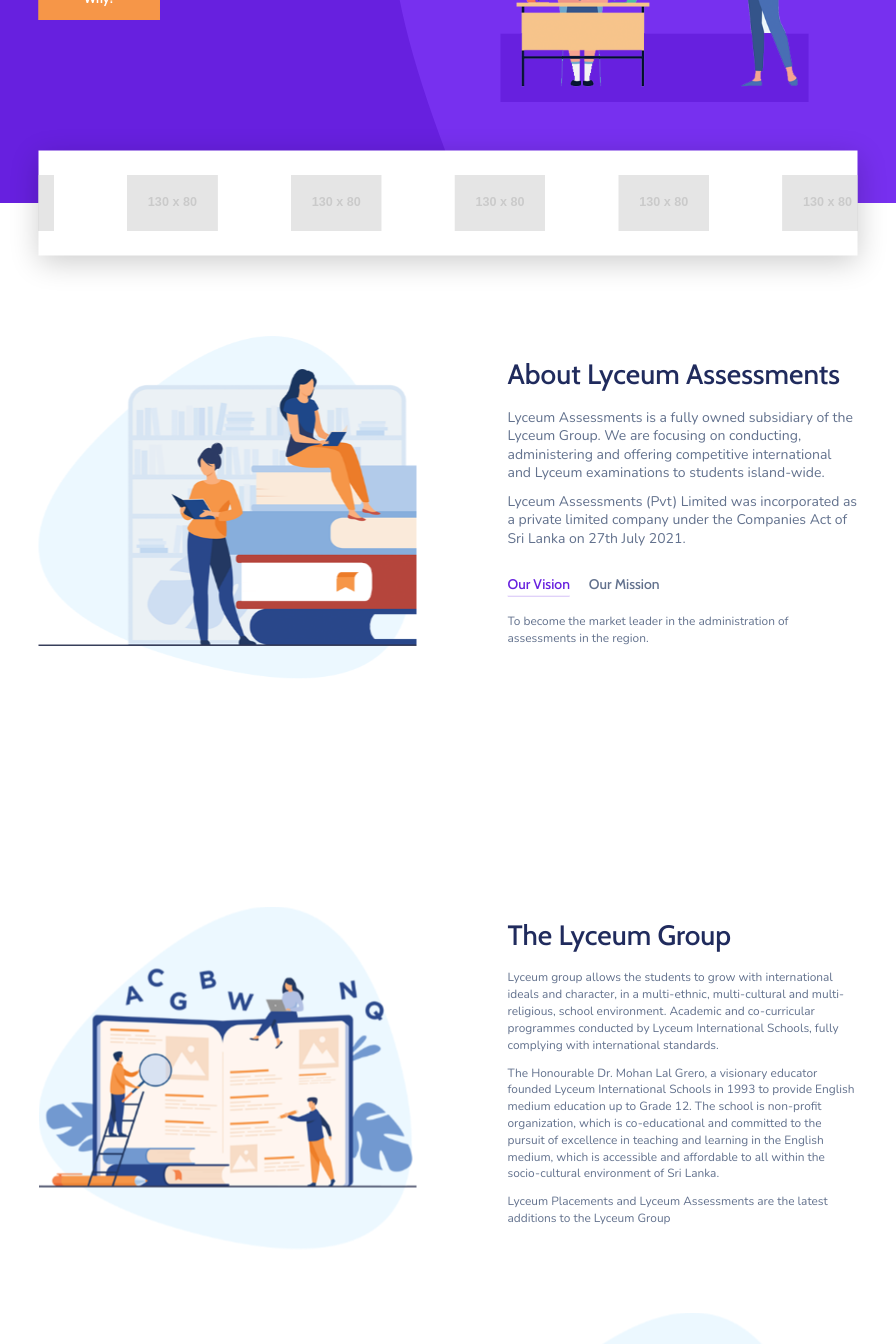
Repository: AXUSLK/LyceumAssessments-HTML
Page: index.html
An editor plug-in stored every save of this project. The page is shown before and after the next save, followed by the edit.
The browser window is 1280 px wide. The pictures show the part of the page from y = 510 to 2430 px (the page is 4822 px tall before and 4742 px after), at 70% of full size.
Backgrounds fixed to the window are drawn as part of the page. Some web libraries are served in a nearby version.

Above is the page before, as saved 2022-01-31 13:23:49.

### index.html
<!DOCTYPE html>
<html lang="en">

<head>
	<!-- set the encoding of your site -->
	<meta charset="utf-8">
	<meta name="viewport" content="width=device-width, initial-scale=1.0">
	<!-- set the page title -->
	<title>Lyceum Assessments is a fully owned subsidiary of the Lyceum Group.</title>
	<!-- inlcude google cabin font cdn link -->
	<link
		href="https://fonts.googleapis.com/css2?family=Cabin:ital,wght@0,400;0,500;0,600;0,700;1,400;1,500;1,600;1,700&display=swap"
		rel="stylesheet">
	<!-- inlcude google nunito font cdn link -->
	<link
		href="https://fonts.googleapis.com/css2?family=Nunito:ital,wght@0,300;0,400;0,600;0,700;1,300;1,400;1,600;1,700&display=swap"
		rel="stylesheet">
	<!-- include the site bootstrap stylesheet -->
	<link rel="stylesheet" href="css/bootstrap.css">
	<!-- include the site stylesheet -->
	<link rel="stylesheet" href="style.css">
	<!-- include theme color setting stylesheet -->
	<link rel="stylesheet" href="css/colors.css">
	<!-- include the site responsive stylesheet -->
	<link rel="stylesheet" href="css/responsive.css">
</head>

<body>
	<!-- pageWrapper -->
	<div id="pageWrapper">
		<div class="phStickyWrap">

			<!-- pageHeader -->
			<header id="pageHeader" class="w-100 headerFixer">
				<div class="container">
					<!-- hdHolder -->
					<div class="hdHolder position-relative pt-2 pb-2 pt-lg-4 pb-lg-4 pt-xl-7 pb-xl-7">
						<div class="row">
							<div class="col-4 col-md-2">
								<!-- logo -->
								<div class="logo mt-1">
									<a href="javascript:void(0);">
										<img src="images/LYA__LOGO.png" class="img-fluid" alt="">
									</a>
								</div>
							</div>
							<div class="col-8 col-md-10 position-static">
								<!-- pageNav -->
								<nav id="pageNav"
									class="navbar navbar-expand-md navbar-dark justify-content-end p-0 align-items-start position-static">
									<!-- pageMainNavCollapse -->
									<div class="collapse navbar-collapse pageMainNavCollapse justify-content-end"
										id="pageMainNavCollapse">
										<!-- mainNavigation -->
										<ul class="navbar-nav mainNavigation fwSemi pt-md-2">
											<li class="nav-item">
												<a class="nav-link" href="#pageWrapper">Home <span
														class="sr-only">(current)</span></a>
											</li>
											<li class="nav-item">
												<a class="nav-link" href="#scrollToAbout">About Us</a>
											</li>
											<li class="nav-item">
												<a class="nav-link" href="#scrollToWhy">Why?</a>
											</li>
											<li class="nav-item">
												<a class="nav-link" href="#scrollToCambridge">Cambridge</a>
											</li>
											<li class="nav-item">
												<a class="nav-link" href="#scrollToContact">Contact Us</a>
											</li>
										</ul>
									</div>
									<!-- hdBtn -->
									<a href="javascript:void(0);"
										class="btn btn-info font-weight-normal text-capitalize hdBtn ml-md-3 ml-md-6 ml-lg-12 position-relative border-0 p-0"
										data-hover="Get Started">
										<span class="d-block btnText">Candidate Registration </span>
									</a>
									<!-- pageNavOpener -->
									<button class="navbar-toggler pageNavOpener ml-3" type="button"
										data-toggle="collapse" data-target="#pageMainNavCollapse"
										aria-controls="pageMainNavCollapse" aria-expanded="false"
										aria-label="Toggle navigation">
										<span class="navbar-toggler-icon"></span>
									</button>
								</nav>
							</div>
						</div>
					</div>
				</div>
			</header>
		</div>

		<main>

			<!-- introBlock -->
			<section class="introBlock d-flex w-100 position-relative text-white bg-secondary">
				<div class="w-100 d-flex align-items-center">
					<!-- ibHolder -->
					<div class="w-100 position-relative ibHolder py-19 py-md-23 py-xl-29">
						<div class="container">
							<div class="row align-items-center">
								<div class="col-12 col-md-6">
									<div class="captionWrap position-relative">
										<div class="wow fadeInUp" data-wow-delay="0.5s">
											<h1 class="text-white font-weight-bold mb-5"> The best route for your
												education
											</h1>
										</div>
										<div class="wow fadeInUp" data-wow-delay="1s">
											<p>Don't waste another minute, concentrate on your studies!</p>
										</div>
										<div class="wow fadeInUp" data-wow-delay="1.5s">
											<a href="#scrollToWhy"
												class="btn btn-info btnMin align-top mt-6 p-0 border-0 position-relative"
												data-hover="Why Us?">
												<span class="d-block btnText">Why?</span>
											</a>
										</div>
									</div>
								</div>
								<div class="col-12 col-md-6 d-none d-md-block imageWrap wow bounceInRight"
									data-wow-delay="2s">
									<!-- imgHolder -->
									<div class="imgHolder pl-7 pl-xl-12 position-relative">
										<img src="./images/header.png">
									</div>
								</div>
							</div>
						</div>
					</div>
				</div>
				<!-- svgBg -->
				<svg class="svgBg">
					<defs>
						<clipPath id="path01" clipPathUnits="objectBoundingBox">
							<path d="M 1 0 L 0.93 0 C 0.7 0.18 0.77 0.26 0.51 0.34 Q 0.36 0.38 0.52 1 L 1 1 Z"></path>
						</clipPath>
					</defs>
					<rect width="100%" height="100%" style="clip-path: url(#path01);" fill="#7730ef"></rect>
				</svg>
				<!-- ibBgPattern -->
				<span class="position-absolute w-100 h-100 ibBgPattern"
					style="background-image: url(images/bgShapes01.png);"></span>
			</section>

			<!-- sponsorsAside -->
			<aside class="sponsorsAside position-relative text-center">
				<div class="container">
					<div class="bg-white mt-n12 mt-md-n15 shadow-lg py-4 py-md-7">
						<!-- logosSlider -->
						<div class="logosSlider">
							<!-- slide -->
							<div>
								<!-- logoWrap -->
								<div class="logoWrap">
									<img src="http://placehold.it/130x80" class="img-fluid" alt="stylus">
								</div>
							</div>
							<!-- slide -->
							<div>
								<!-- logoWrap -->
								<div class="logoWrap">
									<img src="http://placehold.it/130x80" class="img-fluid" alt="drkht">
								</div>
							</div>
							<!-- slide -->
							<div>
								<!-- logoWrap -->
								<div class="logoWrap">
									<img src="http://placehold.it/130x80" class="img-fluid" alt="Brook.">
								</div>
							</div>
							<!-- slide -->
							<div>
								<!-- logoWrap -->
								<div class="logoWrap">
									<img src="http://placehold.it/130x80" class="img-fluid" alt="its alive!">
								</div>
							</div>
							<!-- slide -->
							<div>
								<!-- logoWrap -->
								<div class="logoWrap">
									<img src="http://placehold.it/130x80" class="img-fluid" alt="nowhere among us">
								</div>
							</div>
							<!-- slide -->
							<div>
								<!-- logoWrap -->
								<div class="logoWrap">
									<img src="http://placehold.it/130x80" class="img-fluid" alt="stylus">
								</div>
							</div>
							<!-- slide -->
							<div>
								<!-- logoWrap -->
								<div class="logoWrap">
									<img src="http://placehold.it/130x80" class="img-fluid" alt="drkht">
								</div>
							</div>
							<!-- slide -->
							<div>
								<!-- logoWrap -->
								<div class="logoWrap">
									<img src="http://placehold.it/130x80" class="img-fluid" alt="Brook.">
								</div>
							</div>
							<!-- slide -->
							<div>
								<!-- logoWrap -->
								<div class="logoWrap">
									<img src="http://placehold.it/130x80" class="img-fluid" alt="its alive!">
								</div>
							</div>
						</div>
					</div>
				</div>
			</aside>

			<div id="scrollToAbout" class="mt-md-n12 mt-lg-n14 pt-md-12 pt-lg-14">
				<!-- featureBlock -->
				<section class="featureBlock pt-8 pb-8 pt-md-13 pb-md-13 pt-lg-19 pb-lg-20 pt-xl-23 pb-xl-24">
					<div class="container">
						<!-- afColumn -->
						<article class="afColumn mb-7 mb-md-11 mb-lg-18">
							<div class="row align-items-center">
								<div class="col-12 col-md-6 wow slideInLeft">
									<!-- imgHolder -->
									<div class="imgHolder position-relative mx-auto mb-4 mb-md-0">
										<img src="./images/about.png" class="img-fluid" alt="image description">
										<!-- bgPattern -->
										<span class="bgPattern position-absolute"
											style="background-image: url(images/bgShapes03.png);"></span>
									</div>
								</div>
								<div class="col-12 col-md-6 wow slideInRight">
									<div class="extraWrap pl-md-7 pl-lg-14">
										<!-- titleWrap -->
										<header class="titleWrap">
											<h3 class="mb-5">About Lyceum Assessments</h3>
											<p>Lyceum Assessments is a fully owned subsidiary of the Lyceum Group. We
												are focusing on
												conducting, administering and offering competitive international and
												Lyceum examinations to
												students island-wide.
											</p>
											<p>
												Lyceum Assessments (Pvt) Limited was incorporated as a private limited
												company under the
												Companies Act of Sri Lanka on 27th July 2021.</p>
										</header>
										<!-- afTabsList -->
										<ul class="nav nav-tabs afTabsList border-0 fontAlter fwMedium mt-8" id="myTab"
											role="tablist">
											<li class="nav-item" role="presentation">
												<a class="nav-link active" id="analytics-tab" data-toggle="tab"
													href="#analytics" role="tab" aria-controls="analytics"
													aria-selected="true">Our Vision</a>
											</li>
											<li class="nav-item" role="presentation">
												<a class="nav-link" id="traffic-tab" data-toggle="tab" href="#traffic"
													role="tab" aria-controls="traffic" aria-selected="false">Our
													Mission</a>
											</li>
										</ul>
										<!-- myTabContent -->
										<div class="tab-content" id="myTabContent">
											<div class="tab-pane fade show active" id="analytics" role="tabpanel"
												aria-labelledby="analytics-tab">
												<div class="mtctWrap overflow-hidden pt-5">
													<p>To become the market leader in the administration of assessments
														in the region.</p>
												</div>
											</div>
											<div class="tab-pane fade" id="traffic" role="tabpanel"
												aria-labelledby="traffic-tab">
												<div class="mtctWrap overflow-hidden pt-5">
													<p>To provide the expertise required to assess learning at different
														levels of education by making
														globally recognized awards and qualifications accessible &
														affordable to all while ensuring
														international quality standards.</p>
												</div>
											</div>
										</div>
									</div>
								</div>
							</div>
						</article>
					</div>
				</section>
			</div>

			<!-- allFeatBlock -->
			<section id="scrollToWhy" class="allFeatBlock pt-7 pt-md-10 pt-lg-15 pt-xl-23 pb-3 pb-lg-10 pb-xl-14">
				<div class="container">
					<!-- afColumnsWrap -->
					<div class="afColumnsWrap">
						<!-- afColumn -->
						<article class="afColumn mb-7 mb-md-11 mb-lg-18">
							<div class="row align-items-center">
								<div class="col-12 col-md-6 wow slideInLeft">
									<!-- imgHolder -->
									<div class="imgHolder position-relative mx-auto mb-4 mb-md-0">
										<img src="./images/lyceum_group.png" class="img-fluid" alt="image description">
										<!-- bgPattern -->
										<span class="bgPattern position-absolute"
											style="background-image: url(images/bgShapes03.png);"></span>
									</div>
								</div>
								<div class="col-12 col-md-6 wow slideInRight">
									<div class="extraWrap pl-md-7 pl-lg-14">
										<!-- titleWrap -->
										<header class="titleWrap">
											<h3 class="mb-5">The Lyceum Group</h3>
										</header>
										<p>
										<p>Lyceum group allows the students to grow with international ideals and
											character, in a multi-ethnic, multi-cultural and multi-religious, school
											environment. Academic and co-curricular programmes conducted by Lyceum
											International Schools, fully complying with international standards.</p>
										<p>The Honourable Dr. Mohan Lal Grero, a visionary educator founded Lyceum
											International Schools in 1993 to provide English medium education up to
											Grade 12. The school is non-profit organization, which is co-educational and
											committed to the pursuit of excellence in teaching and learning in the
											English medium, which is accessible and affordable to all within the
											socio-cultural environment of Sri Lanka.</p>
										<p>Lyceum Placements and Lyceum Assessments are the latest additions to the
											Lyceum Group</p>
										</p>
									</div>
								</div>
							</div>
						</article>
						<!-- afColumn -->
						<article class="afColumn mb-7 mb-md-11 mb-lg-18">
							<div class="row align-items-center">
								<div class="col-12 col-md-6 wow slideInLeft">
									<!-- imgHolder -->
									<div class="imgHolder position-relative mx-auto mb-4 mb-md-0">
										<img src="./images/cambridge.png" class="img-fluid" alt="image description">
										<!-- bgPattern -->
										<span class="bgPattern position-absolute"
											style="background-image: url(images/bgShapes03.png);"></span>
									</div>
								</div>
								<div class="col-12 col-md-6 wow slideInRight">
									<div class="extraWrap pr-md-7 pr-lg-14">
										<!-- titleWrap -->
										<header class="titleWrap">
											<h3 class="mb-5">Cambridge International Examinations</h3>
											<p>
											<p>Cambridge Assessment International Education prepares school students for
												life, helping them develop an informed curiosity and a lasting passion
												for learning.</p>
											<p>Cambridge international qualifications are recognized by the
												world&rsquo;s best universities and employers, giving students a wide
												range of options in their education and career. As a not-for-profit
												organization, Cambridge devotes their resources to delivering
												high-quality educational programs that can unlock learners' potential.
											</p>
											</p>
										</header>

									</div>
								</div>
							</div>
						</article>
					</div>
				</div>
			</section>

			<!-- tryPetAside -->
			<aside class="tryPetAside text-center text-white py-5 py-lg-8 wow pulse">
				<div class="container">
					<p class="mb-0">Ready to get started? Don't waste another minute! <a href="javascript:void(0);"
							class="btn btnWhite mt-3 mt-md-0 mx-md-4 mx-lg-10 btnMin p-0 border-0 position-relative"
							data-hover="Try it"><span class="d-block btnText">Candidate Registration</span></a></p>
				</div>
			</aside>

			<div id="scrollToCambridge" class="mt-md-n12 mt-lg-n14 pt-md-12 pt-lg-14 wow fadeIn" data-wow-delay="1s">
				<!-- testimonialsBlock -->
				<article
					class="testimonialsBlock bg-light pt-7 pb-5 pt-md-9 pb-md-7 pt-lg-14 pb-lg-12 pt-xl-21 pb-xl-19">
					<div class="container">
						<header class="text-center mb-8">
							<h2 class="h4 font-weight-normal">Candidate
								Registration System</h2>
						</header>
						<div class="row">
							<div class="col-12 col-md-10 offset-md-1">
								<!-- quotesSlider -->
								<div class="quotesSlider">
									<div>
										<!-- clientQuote -->
										<blockquote
											class="clientQuote fontAlter position-relative text-primary pt-25 pt-sm-0 pl-sm-40 pl-xl-50 mb-0">
											<q class="d-block position-relative mb-7 pt-4 pl-12 pl-sm-0">Cambridge
												Assessment International Education Examinations registration for the
												session May/June
												2022 is now live. Please complete your online registration
												process. </q>
											<cite class="d-block pl-12 pl-sm-0">
												<!-- profilePicWrap -->
												<span
													class="profilePicWrap position-absolute overflow-hidden rounded-circle">
													<img src="./images/cambridge_logo.png"
														class="img-fluid w-100 h-100 imgFit rounded-circle"
														alt="Donald Salvor || Global Initiative">
												</span>

											</cite>
										</blockquote>
									</div>
								</div>
							</div>
						</div>
						<div class="row">
							<div class="col-md-2"></div>
							<div class="col-md-8">
								<table class="infoTable">
									<tbody>
										<tr>
											<th width="298">
												<p><strong>Key dates</strong></p>
											</th>
											<th width="234">
												<p><strong>The year 2022</strong></p>
											</th>
										</tr>
										<tr>
											<td width="298">
												<p>Normal Registration Period (Final Entry)</p>
											</td>
											<td width="234">
												<p>02nd February - 14th February</p>
											</td>
										</tr>
										<tr>
											<td width="298">
												<p>Late Penalty Registration Period</p>
											</td>
											<td width="234">
												<p>15th February &ndash; 11th April</p>
											</td>
										</tr>
										<tr>
											<td width="298">
												<p>Very Late Penalty Registration Period</p>
											</td>
											<td width="234">
												<p>12th April onwards</p>
											</td>
										</tr>
										<tr>
											<td width="298">
												<p>Timetabled Exam Period</p>
											</td>
											<td width="234">
												<p>25 April - 10 June</p>
											</td>
										</tr>
									</tbody>
								</table>
							</div>
							<div class="col-md-2"></div>

						</div>

					</div>
				</article>
			</div>

			<!-- getStartedAside -->
			<aside
				class="getStartedAside textMedium position-relative d-flex w-100 bg-info text-center overflow-hidden">
				<div class="d-flex w-100 gsaHolder align-items-center">
					<div class="w-100 py-7">
						<div class="container">
							<div class="row">
								<div
									class="col-12 col-md-10 offset-md-1 col-lg-8 offset-lg-2 col-xl-6 offset-xl-3 wow wobble">
									<!-- <h1 class="h1Medium fontBase font-weight-normal mb-4">Let us help you with your
										design hassles</h1> -->

									<div class="infoTableP">
										<p>&nbsp;</p>
										<p>Lyceum Assessments deadlines for Cambridge International May/June 2022 exams
											session</p>
										<p>&nbsp;</p>
										<p>Candidates are requested to take note of the registration deadline.
											Registration
											is completed once you submit the application and completed the relevant
											payment.
										</p>
										<p>&nbsp;</p>
										<p>Any payments made after the deadline will be treated as late and subjected to
											the
											appropriate extra late fee</p>
									</div>

								</div>
							</div>
						</div>
					</div>
				</div>
				<span class="bgPattern bgPatterni inaccessible position-absolute wow bounceInDown" data-wow-delay="1s">
					<img src="images/bgShapes05.png" class="img-fluid" alt="image description">
				</span>
				<span class="bgPattern bgPatternii inaccessible position-absolute  wow bounceInUp" data-wow-delay="1s">
					<img src="images/bgShapes04.jpg" class="img-fluid" alt="image description">
				</span>
			</aside>

		</main>

		<!-- ftAreaWrap -->
		<div class="ftAreaWrap bg-primary text-gray777fa1 wow fadeIn" data-wow-delay="0.5s">
			<!-- footerAside -->
			<aside id="scrollToContact"
				class="footerAside pt-20 pt-md-10 pt-lg-16 pb-1 pb-md-4 position-relative text-center text-sm-left">
				<div class="container">
					<div class="row">

						<div class="col-md-4 mb-6  position-static">
							<!-- ftLogo -->
							<div class="ftLogo mb-6 mx-auto mx-md-0">
								<a href="javascript:void(0);">
									<img src="images/LYA__LOGO.png" class="img-fluid" alt="">
								</a>
							</div>
							<!-- ftAddress -->
							<address class="ftAddress text-center text-md-left mb-6 mt-6 mt-md-0">3/1, Raymond Road,
								Nugegoda, Sri Lanka</address>

						</div>

						<div class="col-md-4">
							<address class="ftAddress text-center text-md-left mb-6 mt-6 mt-md-0">
								info_assessments@lyceum.lk</address>

							<!-- socialNetworks -->
							<ul
								class="list-unstyled socialNetworks ftSocialNetworks d-flex justify-content-center justify-content-md-start mx-n1">
								<li>
									<a href="javascript:void(0);">
										<i class="fab fa-facebook-square"><span class="sr-only">facebook</span></i>
									</a>
								</li>
								<li>
									<a href="javascript:void(0);">
										<i class="fab fa-twitter"><span class="sr-only">twitter</span></i>
									</a>
								</li>
								<li>
									<a href="javascript:void(0);">
										<i class="fab fa-instagram"><span class="sr-only">instagram</span></i>
									</a>
								</li>
							</ul>
						</div>

						<div class="col-md-4">
							<h3 class="h6 text-white mb-4">Why Us?</h3>
							<!-- ftScribeForm -->
							<form action="#" class="ftScribeForm">
								<strong class="d-block font-weight-normal mb-6">As leaders in education in Sri Lanka the
									Lyceum Group is committed to creating sustainable quality
									internationally recognized education opportunities</strong>

							</form>
						</div>

					</div>
				</div>
			</aside>
			<!-- pageFooter -->
			<footer id="pageFooter" class="text-center fontAlter">
				<div class="container">
					<!-- pfHolder -->
					<div class="pfHolder pt-7 pb-5">
						<p>Copyright © 2022 Lyceum Assessments All Rights
							Reserved. Concept Designed and Developed by
							<a target="_blank" href="https://zuse.lk/">ZUSE Technologies.</a>
						</p>
					</div>
				</div>
			</footer>
		</div>

	</div>
	<!-- include jQuery library -->
	<script src="js/jquery-3.4.1.min.js"></script>
	<!-- include bootstrap popper JavaScript -->
	<script src="js/popper.min.js"></script>
	<!-- include bootstrap JavaScript -->
	<script src="js/bootstrap.min.js"></script>
	<!-- include custom JavaScript -->
	<script src="js/jqueryCustom.js"></script>
	<!-- include fontAwesome -->
	<script src="https://kit.fontawesome.com/391f644c42.js"></script>
</body>

</html>

### css/colors.css
.btnTheme .btnText,
#pageHeader.fixedPosition,
.featColumn:before,
.tryPetAside,
.ftSocialNetworks > li > a:hover {
	background-color: #29478b;
}

.btnTheme:before,
.afDefList .icn,
.afTabsList .nav-link.active,
.clientQuote q:before,
.tickList > li:before {
	color: #6720df;
}

.btnTheme:before,
.btnTheme .btnText,
.afTabsList .nav-link.active {
	border-color: #6720df;
}

Loaded but not shown: css/bootstrap.css (library); js/jquery-3.4.1.min.js (library); js/popper.min.js (library); js/bootstrap.min.js (library); js/jqueryCustom.js (771 lines, source omitted); style.css (4752 lines, source omitted); css/responsive.css (209 lines, source omitted)

After the next save:
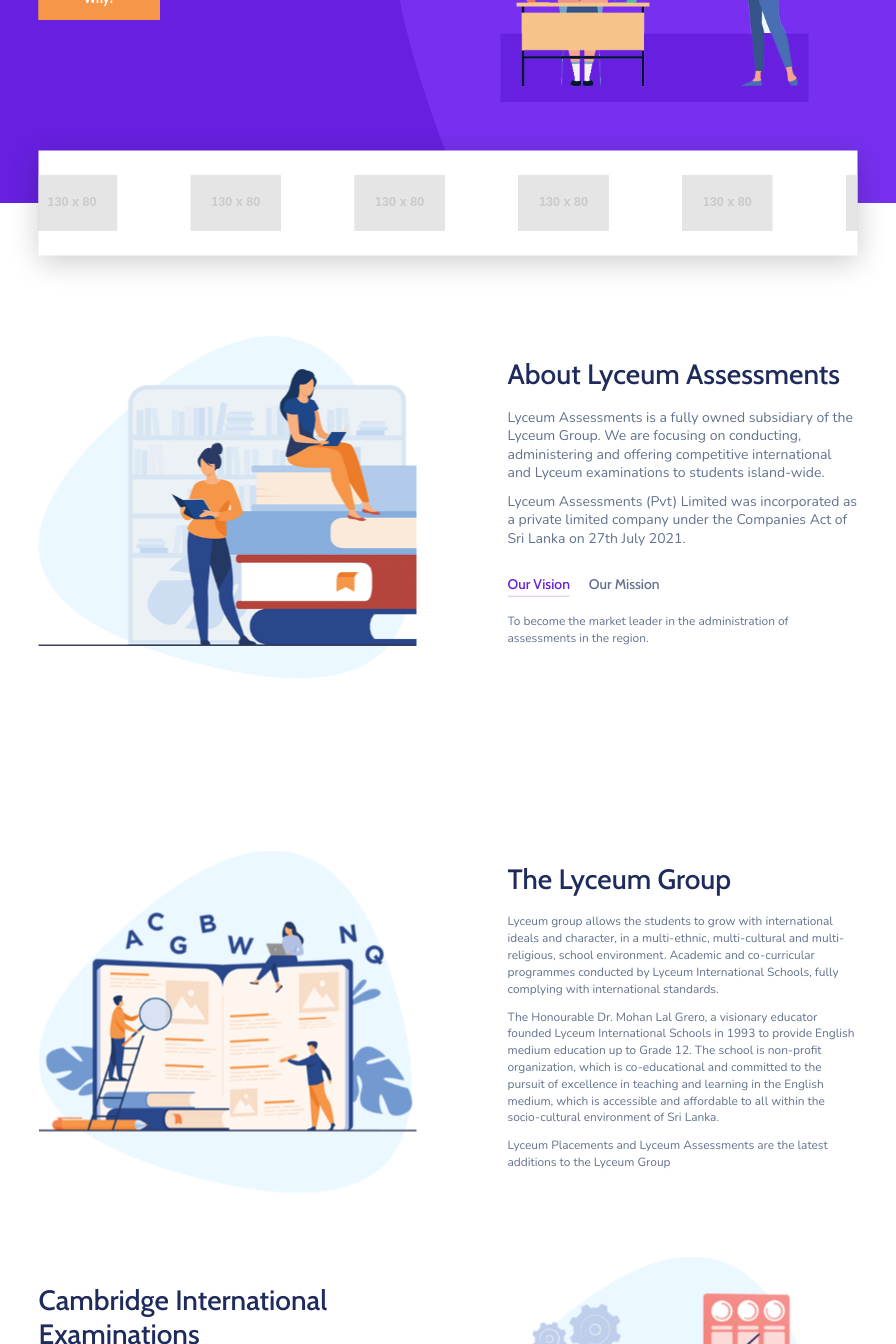
Saved 113 s later.
--- a/index.html
+++ b/index.html
@@ -294,7 +294,7 @@
 			</div>
 
 			<!-- allFeatBlock -->
-			<section id="scrollToWhy" class="allFeatBlock pt-7 pt-md-10 pt-lg-15 pt-xl-23 pb-3 pb-lg-10 pb-xl-14">
+			<section id="scrollToWhy" class="allFeatBlock pt-7 pb-3 pb-lg-10 pb-xl-14">
 				<div class="container">
 					<!-- afColumnsWrap -->
 					<div class="afColumnsWrap">
